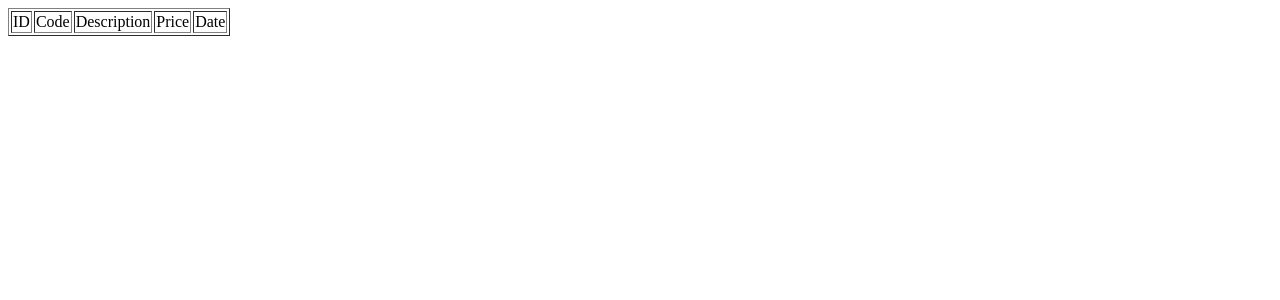
Repository: priyankamergu/MyAllProjects
Page: http://localhost/OnlineShopping/ProductController?action=new
These files come from the project's save history. The page is drawn as it stood at one moment and after the next save; the edit follows.
The browser window is 1280 px wide. The pictures show the whole page.
The page is served by Tomcat 9. Other server files are loaded and not shown.

Above is the page before, as saved 2019-11-18 10:18:11.

### Workspace_JEE7_WEB/OnlineShopping/WebContent/ProductEdit.jsp
<%@ page language="java" contentType="text/html; charset=ISO-8859-1"
    pageEncoding="ISO-8859-1"%>
<!DOCTYPE html>
<html>
<head>
<meta charset="ISO-8859-1">
<title>Insert title here</title>
</head>
<body>
<table border=1>

<tr>
	<td>ID</td>
	<td>Code</td>
	<td>Description</td>
	<td>Price</td>
	<td>Date</td>
</tr>
</table>
</body>
</html>

### Workspace_JEE7_WEB/OnlineShopping/src/com/allianz/shopping/controller/ProductController.java
package com.allianz.shopping.controller;

import java.io.IOException;
import java.util.List;

import javax.servlet.RequestDispatcher;
import javax.servlet.ServletException;
import javax.servlet.annotation.WebServlet;
import javax.servlet.http.HttpServlet;
import javax.servlet.http.HttpServletRequest;
import javax.servlet.http.HttpServletResponse;

import com.allianz.shopping.dao.ProductDAO;
import com.allianz.shopping.dao.ProductdDAOImpl;
import com.allianz.shopping.model.Product;
import com.allianz.shopping.utility.DateUtility;


@WebServlet("/ProductController")
public class ProductController extends HttpServlet {
	private static final long serialVersionUID = 1L;

 static ProductDAO dao=new ProductdDAOImpl(); //to use directly we make static
    public ProductController()
    {
        super();

    }


	protected void doGet(HttpServletRequest request, HttpServletResponse response) throws ServletException, IOException
	{
		String action=request.getParameter("action");
		if(action!=null && action.equals("delete"))
		{
			String id=request.getParameter("id");
			boolean flag=dao.deleteProduct(Integer.parseInt(id));
			if(flag)
			{
				response.sendRedirect("ProductController");
			}
		}
		else if(action!=null && action.equals("edit"))
		{
			String id=request.getParameter("id");
			Product productEdit=dao.getProductById(Integer.parseInt(id));

			if(productEdit!=null)
			{
				RequestDispatcher rd=request.getRequestDispatcher("ProductEdit.jsp");
				request.setAttribute("productEdit",productEdit);
				rd.forward(request, response);
			}
		}
		else if(action!=null && action.equals("new"))
		{
			Product productEdit=new Product();

			if(productEdit!=null)
			{
				RequestDispatcher rd=request.getRequestDispatcher("ProductEdit.jsp");
				request.setAttribute("productEdit",productEdit);
				rd.forward(request, response);
			}
		}
		else
		{
			List<Product> productList=dao.getALLProducts();
			RequestDispatcher rd=request.getRequestDispatcher("ProductList.jsp");
			request.setAttribute("productList",productList);
			rd.forward(request, response);
		}
	}


	@Override
	protected void doPost(HttpServletRequest req, HttpServletResponse resp) throws ServletException, IOException {
		String action=req.getParameter("action");
		System.out.println(action);
		if(action!=null && action.equals("update"))
		{
			String id=req.getParameter("id");
			String code=req.getParameter("code");
			String description=req.getParameter("desc");
			String price=req.getParameter("price");
			String manfDate=req.getParameter("date");

			Product product=new Product();
			product.setId(Integer.parseInt(id));
			product.setCode(code);
			product.setDescription(description);
			product.setPrice(Float.parseFloat(price));
			product.setManfDate(DateUtility.convertStringToDate(manfDate));
			boolean flag=false;

			if(dao.getProductById(Integer.parseInt(id))!=null)
				flag=dao.updateProduct(product);
			else
				flag=dao.addProduct(product);


			if(flag)
				resp.sendRedirect("ProductController");



		}
		else if(action==null )
		{
			System.out.println("in save method of controller");
			String id=req.getParameter("id");
			String code=req.getParameter("code");
			String description=req.getParameter("desc");
			String price=req.getParameter("price");
			String manfDate=req.getParameter("date");

			Product product=new Product();
			product.setId(Integer.parseInt(id));
			product.setCode(code);
			product.setDescription(description);
			product.setPrice(Float.parseFloat(price));
			product.setManfDate(DateUtility.convertStringToDate(manfDate));
			boolean flag=false;

			if(dao.getProductById(Integer.parseInt(id))!=null)
				flag=dao.updateProduct(product);
			else
				flag=dao.addProduct(product);


			if(flag)
				resp.sendRedirect("ProductController");




		}
	}



}

### Workspace_JEE7_WEB/OnlineShopping/src/com/allianz/shopping/dao/ProductdDAOImpl.java
package com.allianz.shopping.dao;

import java.util.ArrayList;
import java.util.List;

import com.allianz.shopping.model.Product;
import com.allianz.shopping.utility.DateUtility;
//import static com.allianz.shopping.utility.DateUtility.*; we can use directly lie=ke convertStringToDate
public class ProductdDAOImpl implements ProductDAO
{


	private static List<Product> productList=new ArrayList<Product>();

	static
	{
		productList.add(new Product(101,"colgate1","Colgate1 Tube",50,DateUtility.convertStringToDate("12/10/2019")));//you can import static com.allianz.shppoinh.tutitly if you dont want to use thorugh class name
		productList.add(new Product(102,"colgate2","Colgate2 Tube",60,DateUtility.convertStringToDate("14/10/2019")));
		productList.add(new Product(103,"colgate3","Colgate3 Tube",40,DateUtility.convertStringToDate("13/10/2019")));
		productList.add(new Product(104,"colgate4","Colgate4 Tube",70,DateUtility.convertStringToDate("15/10/2019")));
		productList.add(new Product(105,"colgate5","Colgate5 Tube",80,DateUtility.convertStringToDate("18/10/2019")));
	}


	@Override
	public boolean addProduct(Product product) {
		productList.add(product);
		return true;
	}

	@Override
	public boolean updateProduct(Product product) {

		if(productList!=null && productList.size()>0)
		{
			for(int i=0;i<productList.size();i++)
			{
				Product productTemp=productList.get(i);
				if(productTemp.getId()==product.getId())
				{
					productList.set(i,product);
					return true;
				}
			}
		}

		return false;
	}

	@Override
	public boolean deleteProduct(int id)
	{

		if(productList!=null && productList.size()>0)
		{
			for(int i=0;i<productList.size();i++)
			{
				Product productTemp=productList.get(i);
				if(productTemp.getId()==id)
				{
					productList.remove(i);
					return true;
				}
			}
		}

		return false;
	}

	@Override
	public List<Product> getALLProducts()
	{

		return productList;
	}

	@Override
	public List<Product> getALLProductByName(String namePattern)
	{
		if(productList!=null && productList.size()>0)
		{
			for(int i=0;i<productList.size();i++)
			{
				Product productTemp=productList.get(i);
				if(productTemp.getDescription().toLowerCase().contains(namePattern.toLowerCase()))
				{
					List<Product> list=new ArrayList<Product>();
					list.add(productTemp);
					return list;
				}
			}
		}
		return null;
	}

	@Override
	public List<Product> getALLProductByPrice(float min,float max)
	{
		if(productList!=null && productList.size()>0)
		{
			for(int i=0;i<productList.size();i++)
			{
				Product productTemp=productList.get(i);
				if(productTemp.getPrice()>=min && productTemp.getPrice()<=max)
				{
					List<Product> list=new ArrayList<Product>();
					list.add(productTemp);
					return list;
				}
			}

		}
		return null;
	}

	@Override
	public Product getProductById(int id) {
		if(productList!=null && productList.size()>0)
		{
			for(int i=0;i<productList.size();i++)
			{
				Product productTemp=productList.get(i);
				if(productTemp.getId()==id)
				{
					return productTemp;
				}
			}
		}
		return null;
	}


	@Override
	public List<Product> getAllProductByCategoryID(int id) {
		// TODO Auto-generated method stub
		return null;
	}

}

### Workspace_JEE7_WEB/OnlineShopping/src/com/allianz/shopping/model/Product.java
package com.allianz.shopping.model;

import java.util.ArrayList;
import java.util.Date;
import java.util.List;

public class Product {
	private int id;
	private String code;
	private String description;
	private float price;
	private Date manfDate;
	private List<Category> categoryList=new ArrayList<Category>();

	public List<Category> getCategoryList() {
		return categoryList;
	}
	public void setCategoryList(List<Category> categoryList) {
		this.categoryList = categoryList;
	}
	public int getId() {
		return id;
	}
	public Product() {
		super();
		this.id = 0;
		this.code = null;
		this.description = null;
		this.price = 0.0f;
		this.manfDate = null;
	}

	public Product(int id, String code, String description, float price, Date manfDate) {
		super();
		this.id = id;
		this.code = code;
		this.description = description;
		this.price = price;
		this.manfDate = manfDate;
	}

	public void setId(int id) {
		this.id = id;
	}

	public String getCode() {
		return code;
	}

	public void setCode(String code) {
		this.code = code;
	}

	public String getDescription() {
		return description;
	}

	public void setDescription(String description) {
		this.description = description;
	}

	public float getPrice() {
		return price;
	}

	public void setPrice(float price) {
		this.price = price;
	}

	public Date getManfDate() {
		return manfDate;
	}

	public void setManfDate(Date manfDate) {
		this.manfDate = manfDate;
	}
	@Override
	public String toString() {
		return "Product [id=" + id + ", code=" + code + ", description=" + description + ", price=" + price
				+ ", manfDate=" + manfDate + "]";
	}



}

### Workspace_JEE7_WEB/OnlineShopping/src/com/allianz/shopping/utility/DateUtility.java
package com.allianz.shopping.utility;

import java.text.ParseException;
import java.text.SimpleDateFormat;
import java.util.Date;


public class DateUtility
{
	public static Date convertStringToDate(String date)
	{
		SimpleDateFormat simple=new SimpleDateFormat("dd/mm/yyyy");
		try
		{
			Date dateLocal=simple.parse(date);
			return dateLocal;
		}
		catch(ParseException e)
		{
			e.printStackTrace();
		}
		return null;

	}

	public String convertDateToString(Date date)
	{
		SimpleDateFormat simple=new SimpleDateFormat("dd/mm/yyyy");

		try
		{
			String dateLocal=simple.format(date);
			return dateLocal;
		}
		catch(Exception e)
		{
			e.printStackTrace();
		}
		return null;

	}
	public static java.sql.Date convertUtilDateToSQLDate(java.util.Date date)
	{
		java.sql.Date sdate=new java.sql.Date(date.getTime());
		return sdate;
	}


}

After the next save:
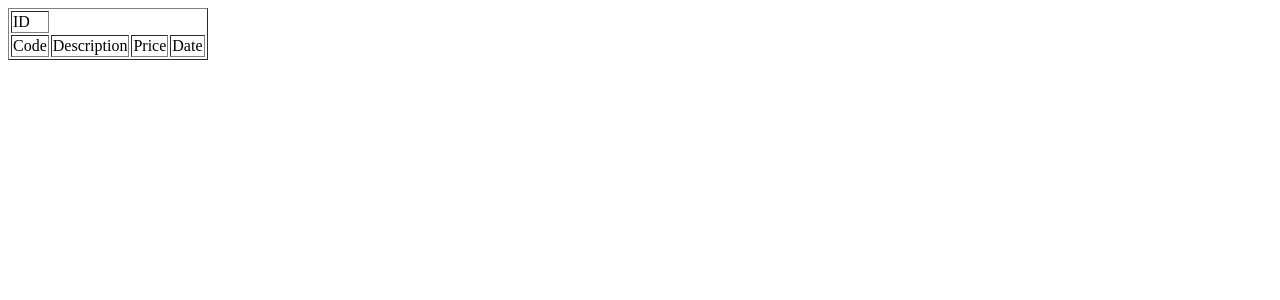
Saved 44 s later.
--- a/Workspace_JEE7_WEB/OnlineShopping/WebContent/ProductEdit.jsp
+++ b/Workspace_JEE7_WEB/OnlineShopping/WebContent/ProductEdit.jsp
@@ -11,6 +11,7 @@
 
 <tr>
 	<td>ID</td>
+	</tr>
 	<td>Code</td>
 	<td>Description</td>
 	<td>Price</td>
